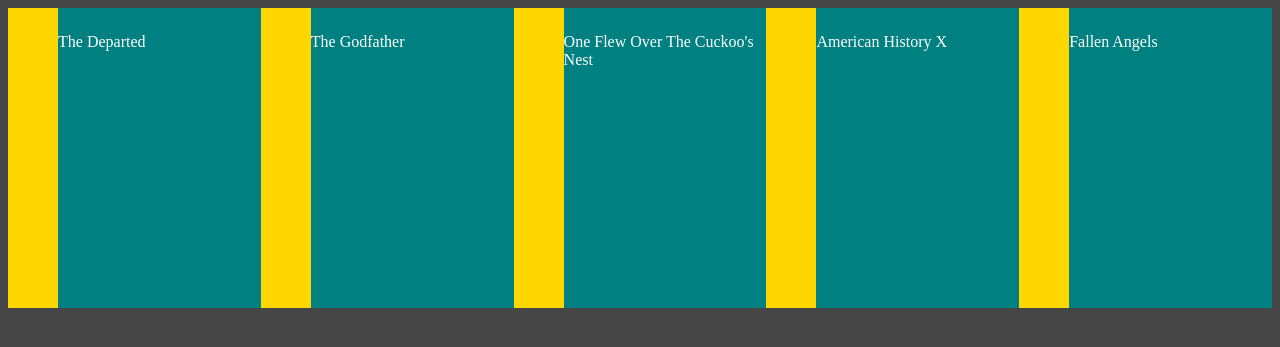
Repository: nishit47/merofilmrecs
Page: web_dev/tiles.html
An editor plug-in stored every save of this project. The page is shown before and after a run of saves, followed by the edit.
The browser window is 1280 px wide. The pictures show the whole page.

Above is the page before, as saved 2021-10-06 15:06:43.

After the next 2 saves:
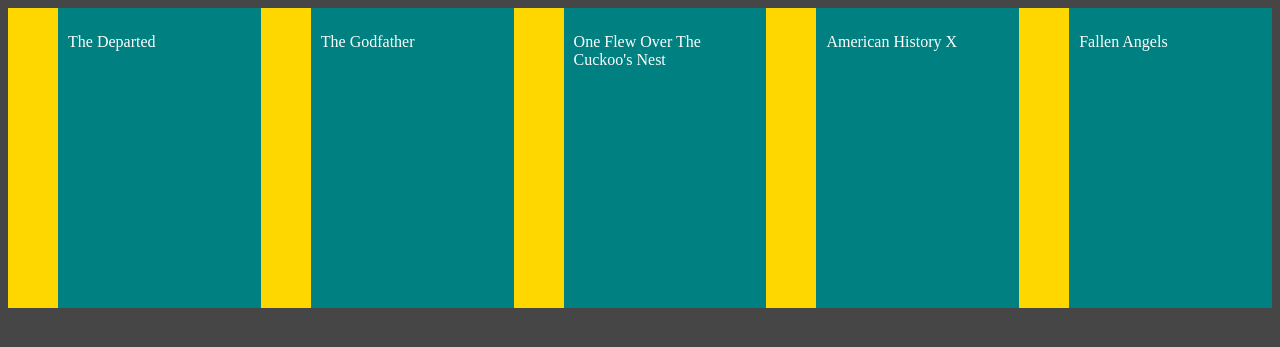
The 2 saves are shown as one change because they came seconds apart.
The last was saved 11 s later.
--- a/web_dev/tiles.html
+++ b/web_dev/tiles.html
@@ -18,7 +18,7 @@
         height: 250px;
         background-color: teal;
         margin-left: 50px;
-        padding: 25px 0;
+        padding: 25px 10px;
     }
 </style>
 <body>
